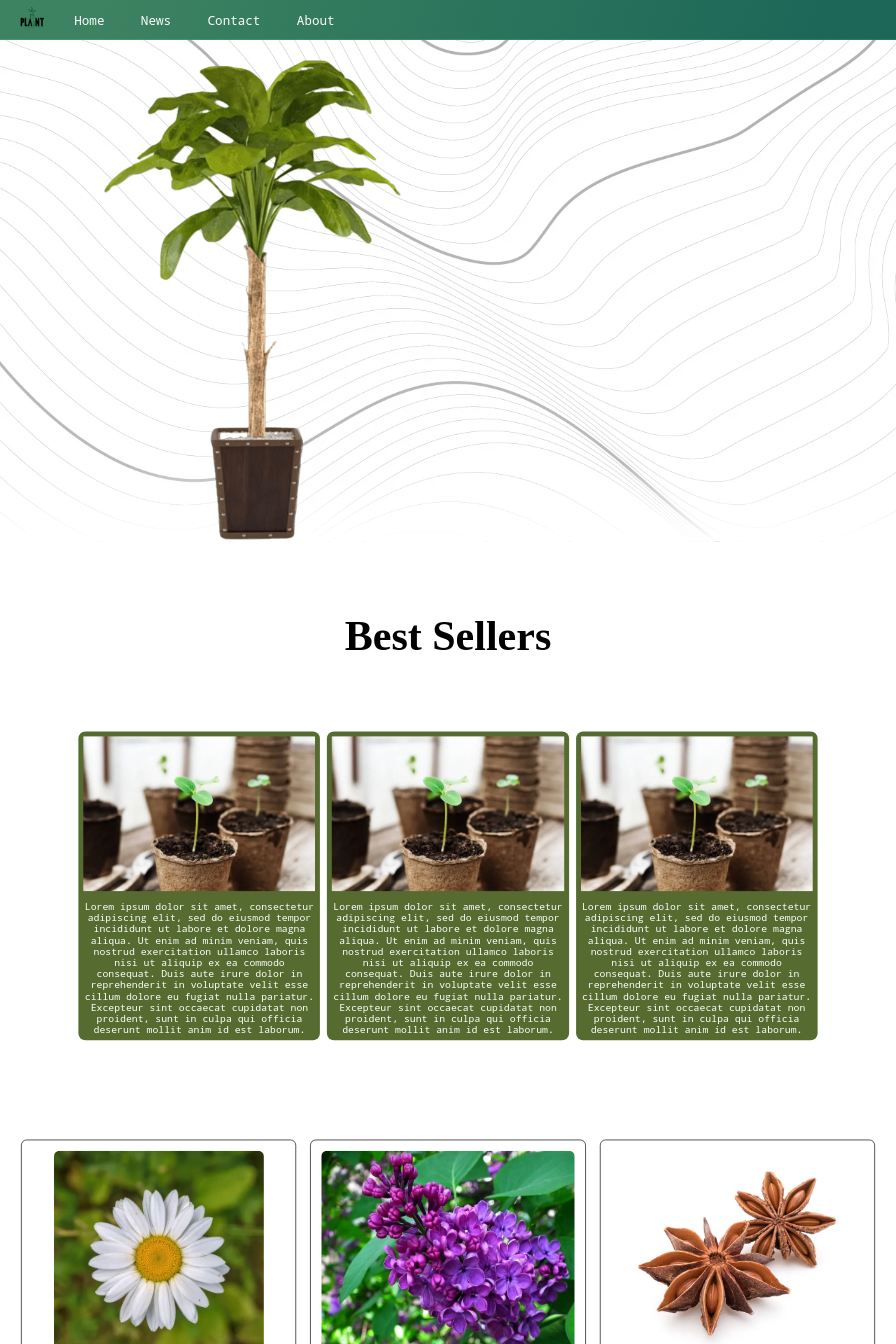
Repository: Flexo874/ISITECH-HTML-CSS
Page: index.html
These files come from the project's save history. The page is drawn as it stood at one moment and after the next save; the edit follows.
The browser window is 1280 px wide. The pictures show the part of the page from y = 0 to 1920 px (the page is 3400 px tall), at 70% of full size.
Some web fonts or font styles are not loaded; a fallback is used.

Above is the page before, as saved 2024-01-04 14:00:06.

### index.html
<!DOCTYPE html>
<html>
<head>
    <title>Plantes & Co</title>
    <link rel="preconnect" href="https://fonts.googleapis.com">
<link rel="preconnect" href="https://fonts.gstatic.com" crossorigin>
<link href="https://fonts.googleapis.com/css2?family=Exo+2&family=Macondo&family=Nanum+Gothic&display=swap" rel="stylesheet">
     <link rel="stylesheet" type="text/css" href="./style.css">
     <link rel="stylesheet" type="text/css" href="./reseaux.css">
     <link rel="stylesheet" type="text/css" href="./engagement.css">
     <link rel="stylesheet" type="text/css" href="./instructions.css">
     <link rel="preconnect" href="https://fonts.googleapis.com">
     <link rel="preconnect" href="https://fonts.gstatic.com" crossorigin>
     <link href="https://fonts.googleapis.com/css2?family=Exo+2&display=swap" rel="stylesheet">
     <link rel="preconnect" href="https://fonts.googleapis.com">
     <link rel="preconnect" href="https://fonts.gstatic.com" crossorigin>
     <link href="https://fonts.googleapis.com/css2?family=Exo+2&family=Macondo&display=swap" rel="stylesheet">
</head>
<body>

    <ul>
        <li>  <img src="images/logo_render.png" alt="Logo"></li>
        <li><a href="#home">Home</a></li>
        <li><a href="#news">News</a></li>
        <li><a href="contact/contact.html">Contact</a></li>
        <li><a href="#about">About</a></li>
    </ul>

    <div class="plant-img">
        <div>
            <img src="images/plante_sans_bc.png" alt="plante">
        </div>
    </div>

    <h1 > Best Sellers</h1>

    <div class="container">
            <div class="item">
                <a>
                <img src="images/semis-prêt-à-être-planté-dans-le-jardin.webp" alt="Logo">
                <p>Lorem ipsum dolor sit amet, consectetur adipiscing elit, sed do eiusmod tempor incididunt ut labore et dolore magna aliqua. Ut enim ad minim veniam, quis nostrud exercitation ullamco laboris nisi ut aliquip ex ea commodo consequat. Duis aute irure dolor in reprehenderit in voluptate velit esse cillum dolore eu fugiat nulla pariatur. Excepteur sint occaecat cupidatat non proident, sunt in culpa qui officia deserunt mollit anim id est laborum.</p>
                </a>
            </div>
            <div class="item">
                <a>
                <img src="images/semis-prêt-à-être-planté-dans-le-jardin.webp" alt="Logo">
                <p>Lorem ipsum dolor sit amet, consectetur adipiscing elit, sed do eiusmod tempor incididunt ut labore et dolore magna aliqua. Ut enim ad minim veniam, quis nostrud exercitation ullamco laboris nisi ut aliquip ex ea commodo consequat. Duis aute irure dolor in reprehenderit in voluptate velit esse cillum dolore eu fugiat nulla pariatur. Excepteur sint occaecat cupidatat non proident, sunt in culpa qui officia deserunt mollit anim id est laborum.</p>
                </a>
            </div>
            <div class="item">
                <a>
                <img src="images/semis-prêt-à-être-planté-dans-le-jardin.webp" alt="Logo">
                <p>Lorem ipsum dolor sit amet, consectetur adipiscing elit, sed do eiusmod tempor incididunt ut labore et dolore magna aliqua. Ut enim ad minim veniam, quis nostrud exercitation ullamco laboris nisi ut aliquip ex ea commodo consequat. Duis aute irure dolor in reprehenderit in voluptate velit esse cillum dolore eu fugiat nulla pariatur. Excepteur sint occaecat cupidatat non proident, sunt in culpa qui officia deserunt mollit anim id est laborum.</p>
                </a>
            </div>
    </div>

    <section class="produits">
        <div class="produit">
            <img src="images/Leucanthemum_vulgare.webp" alt="Produit 1">
            <h3>Marguerite</h3>
            <p>Fleur.</p>
            <p>Prix: 100 berrys</p>
            <button>Acheter</button>
        </div>
        <div class="produit">
            <img src="images/1676375528_249_Belle-signification-et-symbolisme-de-la-couleur-de-la-fleur.webp" alt="Produit 1">
            <h3>Fleur de Lila</h3>
            <p>Fleur.</p>
            <p>Prix: 500berrys </p>
            <button>Acheter</button>
        </div>
        <div class="produit">
            <img src="images/anis-étoilé-spice-de-fruits-et-de-graines-isolé-sur-fond-blanc.webp" alt="Produit 1">
            <h3>Anis étoilé</h3>
            <p>Dplante.</p>
            <p>Prix: 100berrys</p>
            <button>Acheter</button>
        </div>
    </section>

    <section class="instructions">
        <div class="logo">
        <img src="images/logo_render.png" alt="Logo">
        </div>
        <div class="titre">
            <h2>Que faire avec Plantes & Co?</h2>
        </div>
        <div class="description">
            <p>🌱 Chers semateurs, je vous écris pour vous encourager dans cette aventure
                 merveilleuse et créative : la culture de plantes.🌳 Avant tout, gardez à l'esprit que les plantes sont les bases de notre nourriture, de notre vie, et même de notre existence. En s'occupant d'elles, on soutient notre planète et les créatures qui l'habitent.</p>
          </div>
        <div class="categories">
            <div class="calendar">
                <h3>L'angeda du jardinier</h3>
            </div>
            <div class="calendar">
                <h3>Calendrier des semis</h3>
            </div>
            <div class="calendar">
                <h3>Calendrier des fruits et légumes</h3>
            </div>
        </div>
    </section>

    <section class="engagement">
        <div class="titre2">
            <h2>Plantes & Co s'engage</h2>
        </div>
        <div class="cat">
            <div class="eng">
                <div class="titre-pesticide">
                    <h3>Zéro</h3>
                    <h4>PESTICIDE DEPUIS 2008 !</h4>
                </div>
                <div class="test">
                    <p>Plantes & CO a été la première enseigne à supprimer dès 2008 tous les pesticides du jardin de ses rayons !</p>
                </div>
             </div>
            <div class="separator"></div>
            <div class="eng">
                <div class="titre-pesticide">
                <h3>1000</h3>
                <h4>SOLUTIONS NATURELLES !</h4>
            </div>
                <div class="test">
                <p>Pour se passer d'engrais chimiques Plantes & Co propose plus de 1000 solutions alternatives pour la réalisation d’un jardin responsable.</p>
            </div>
            </div>
            <div class="separator"></div>
            <div class="eng">
                <div class="titre-pesticide">
                <h3>100 %</h3>
                <h4>CERTIFIÉS BIO</h4>
            </div>
                <div class="test">
                <p>Plantes & CO a été la première enseigne à supprimer dès 2008 tous les pesticides du jardin de ses rayons !</p>
            </div>
            </div>
            <div class="separator"></div>

            <div class="eng">
                <div class="titre-pesticide">
                <h3>15</h3>
                <h4>GARANTIES SUR NOS PRODUITS</h4>
            </div>
                <div class="test">
                <p>Plantes & CO a été la première enseigne à supprimer dès 2008 tous les pesticides du jardin de ses rayons !</p>
            </div>
            </div>
        </div>
    </section>

    <footer>
            <div class="socials">
                <div class="social">
                    <a class="yt"><img src="images/youtube.webp" alt="Youtube"></a>
                </div>
                <div class="social">
                    <img src="images/logo-facebook.webp" alt="Youtube">
                </div>
                <div class="social">
                    <img src="images/logo-black.png.twimg.1920.webp" alt="Youtube">
                </div>
                <div class="social">
                    <img src="images/580b57fcd9996e24bc43c521.webp" alt="Youtube">
                </div>
            </div>
    </footer>




</body>
</html>

### style.css
* {
  margin: 0;
  padding: 0;
  scroll-behavior: smooth;
}
ul {
  list-style-type: none;
  margin: 0;
  padding: 0;
  overflow: hidden;
  background-image: linear-gradient(
    109.6deg,
    rgba(61, 131, 97, 1) 11.2%,
    rgba(28, 103, 88, 1) 91.1%
  );
  display: flex;
  list-style: none;
  box-sizing: border-box;
  justify-content: left;
}

li img {
  width: 50px;
  height: auto;
  vertical-align: middle;
}

li {
  position: relative;
  margin-left: 20px;
}

li a {
  display: block;
  color: white;
  text-align: center;
  padding: 18px 16px;
  text-decoration: none;
  font-size: 18px;
  transition: 0.4s ease-in-out;
  position: center;
  font-family: "Noto Mono", monospace;
}

li a:hover {
  background-color: #00564B;
  border-radius: 5px;
  transform: scale(1.2);
}

.plant-img  {
  width: 100vw;
  height: 56vw;
  object-fit: cover;
  overflow: hidden;
  background-image:url(images/lines.webp)

}
.plant-img > div {
  width: 100%;
  height: 100%;
  background-image: linear-gradient(0deg, white 0%, rgba(0,0,0,0) 15%);

}

h1 {
  padding: 40px;
  padding-bottom: 0;
  margin-bottom: 0;
  margin-top: 60px;
  text-align: center;
  font-weight: bold;
  font-size: 60px;
}

.container {
  display: flex;
  grid-template-columns: repeat(3, 1fr);
  grid-auto-rows: minmax(300px, auto);
  gap: 10px;
  padding: 10px;
  margin-top: 0;
  margin: 8%;
  padding-top: 0;
}

.item {
  align-items: center;
  justify-content: center;
  border-radius: 10px;
  display: flex;
  justify-content: center;
  align-items: center;
  background-color: #556b2f;
}

.item a {
  margin: 7px;
}

.item a:hover {
  color: white;
}

.item img {
  max-width: 100%;
  height: auto;
}

.item p {
  margin-top: 10px;
  text-align: center;
  color: white;
  font-family: "Noto Mono", monospace;
  font-size: 14px;
}

.produits {
  display: flex;
  flex-wrap: wrap;
  justify-content: space-around;
  padding: 20px;
}

.produit {
  background-color: #fff;
  border: 1px solid #ddd;
  border-radius: 8px;
  border-color: #111;
  margin: 10px;
  padding: 15px;
  text-align: center;
  transition: transform 0.3s ease-in-out;
  width: calc(33.33% - 20px);
  box-sizing: border-box;


}

.produit:hover {
  transform: scale(1.05);
}

.produit img {
  max-width: 100%;
  height: 300px;
  border-radius: 8px;
}

.produit h3 {
  margin-top: 10px;
  font-size: 1.5em;
  color: #333;
}

.produit p {
  color: #666;
}

.produit button {
  background-color: #4caf50;
  color: #fff;
  padding: 10px 15px;
  border: none;
  border-radius: 5px;
  cursor: pointer;
  margin-top: 15px;
}

.produit button:hover {
  background-color: #45a049;
}

### reseaux.css
footer{
    background-color:white;

}

.socials{
    display: flex;
    justify-content:center;
    padding: 10px 0;

}

.social{
    margin:0 10px;
}

.social img{
    width: 26px;
    height: 26px;
}

.social  :hover{
    transform: scale(1.1);
}
.social > .yt img{
    width: 26px;
    height: auto;
    padding-top: 5px;
    scale: 1.1;
}

### engagement.css
.engagement{
    padding: 20px ;

    background-color:#00564B;
}

.titre2{
    margin-top: 70px;
    text-align: center  ;
}
.engagement > .titre2 h2{
    font-family: 'Exo 2', sans-serif;
    font-family: 'Macondo', cursive;
    color:wheat;
    font-size: 50px;
}

.cat{
    display: flex;
    flex-wrap: wrap;
    justify-content: space-around;
    align-items: top;
    width: 100%;
    margin-top: 30px;
    margin-bottom: 20px;
    text-align:left;
    flex-direction:row;
    border-color: 8px solid black;


}

.test {
    display: flex;
    align-items:baseline;
    height: 100px;
}

.titre-pesticide {
    height: 120px;
}

.eng {
    width: 20%;
}

.eng h3{
    font-size: 55px;
    color:white;
    display: block;
}

.eng h4{
    font-size: 20px;
    color:white;
    margin-bottom: 30px;
    font-family: 'Exo 2', sans-serif;
    font-family: 'Macondo', cursive;
    font-family: 'Nanum Gothic', sans-serif;
    display: block;
}

.eng p{
    color:white;
}

.separator{
    height: 200px;
    width: 1px;
    background-color: black;
}

### instructions.css
.instructions{
    padding: 20px ;
    margin-top: 60px;
    background-color:#F8F8F4;

}

.logo{
    display: flex;
    justify-content: center;
    align-items:center;
}

.logo img {
    width: 10%;

}



 .titre {
  margin-top: 20px;
  text-align: center;
  font-weight: bold;
  color:#00564B;
  font-size: 30px;
  width: 100%;
}

.titre h2{
    font-family: 'Exo 2', sans-serif;
}

.description{
    display: flex;
    margin: 40px;
    text-align: center;
    margin-left: 20%;
    margin-right: 20%;
}

.description p{
    letter-spacing: 3px;
    font-size: 18px;

}


.categories{
    display: flex;
    flex-wrap: wrap;
    justify-content: space-around;
    padding: 20px;
    align-items: center;

    margin-top: 30px;
    margin-bottom: 50px;
}

.calendar{
    background-color: #fff;
  border: 1px solid #ddd;


  margin: 10px;
  padding: 15px;
  text-align: center;
  transition: transform 0.3s ease-in-out;
  width: calc(33.33% - 20px);
  box-sizing: border-box;
  height: 200px;
  width: 30%;
  display: flex;
  flex-direction: column;
  justify-content: space-around;
  border-bottom: solid 8px #00564B;
  transition: border 200ms ease-in-out;
}

.calendar:hover {
    border: solid 8px #00564B;
}

.calendar > h3 {
    font-size: 24px;

}

After the next save:
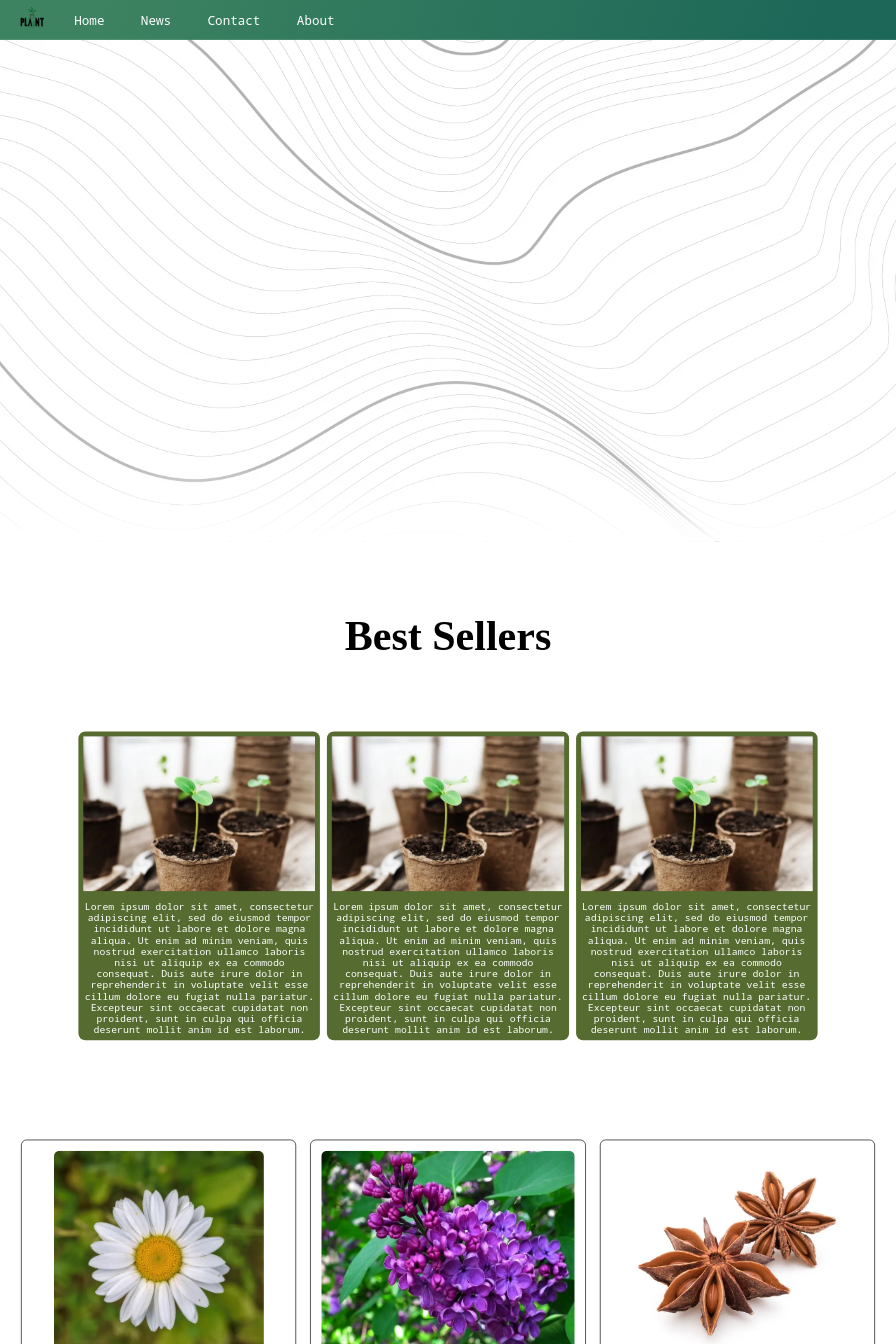
Saved 1 s later.
--- a/index.html
+++ b/index.html
@@ -28,7 +28,7 @@
 
     <div class="plant-img">
         <div>
-            <img src="images/plante_sans_bc.png" alt="plante">
+
         </div>
     </div>
 

After the 3 saves that followed:
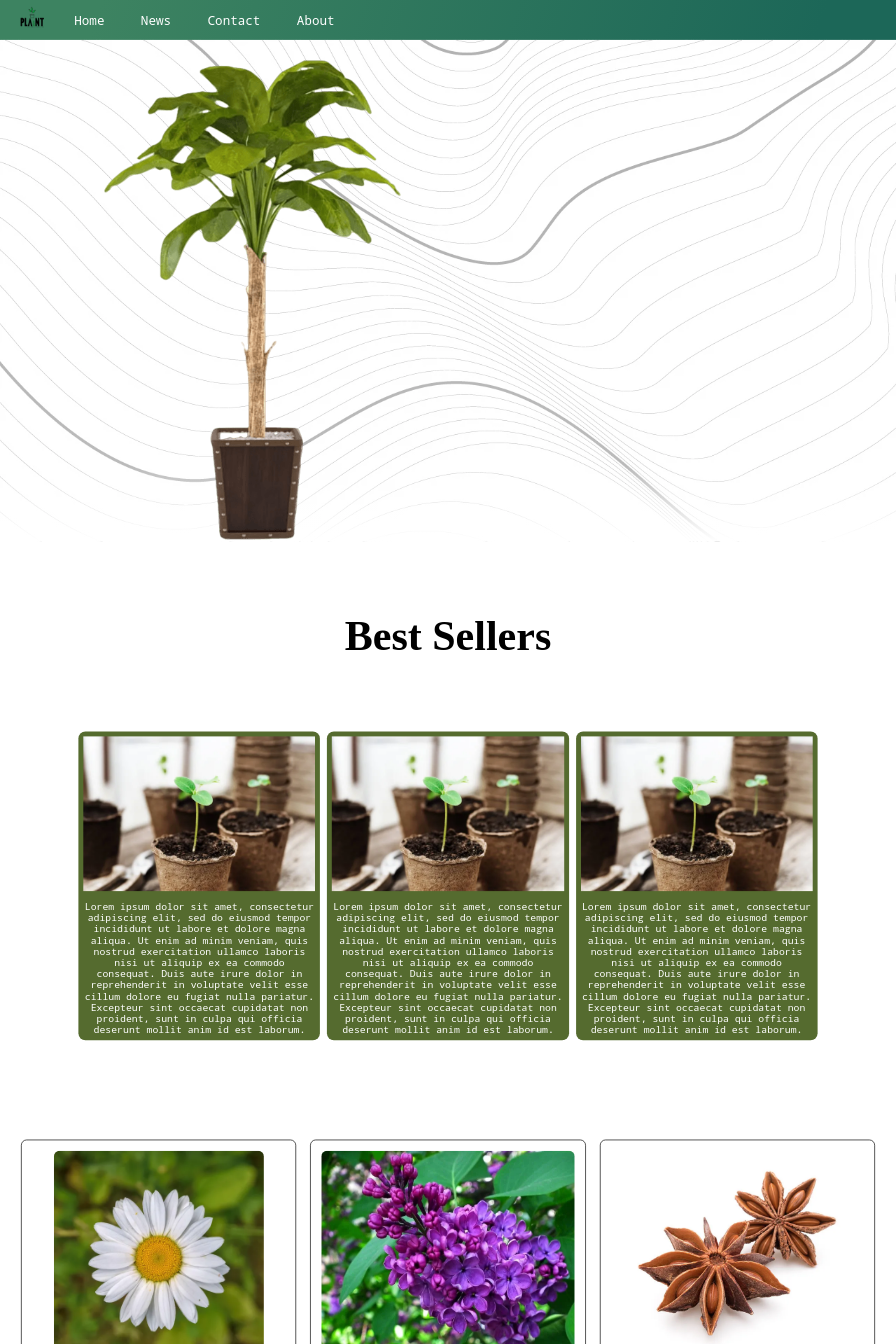
The 3 saves are shown as one change because 2 left the picture as it was.
The last was saved 2 min 25 s later.
--- a/index.html
+++ b/index.html
@@ -28,7 +28,7 @@
 
     <div class="plant-img">
         <div>
-
+            <img src="images/plante_sans_bc.png" alt="plante">
         </div>
     </div>
 
--- a/style.css
+++ b/style.css
@@ -49,7 +49,7 @@ li a:hover {
 }
 
 .plant-img  {
-  width: 100vw;
+  width: 100%;
   height: 56vw;
   object-fit: cover;
   overflow: hidden;
@@ -60,7 +60,6 @@ li a:hover {
   width: 100%;
   height: 100%;
   background-image: linear-gradient(0deg, white 0%, rgba(0,0,0,0) 15%);
-
 }
 
 h1 {
